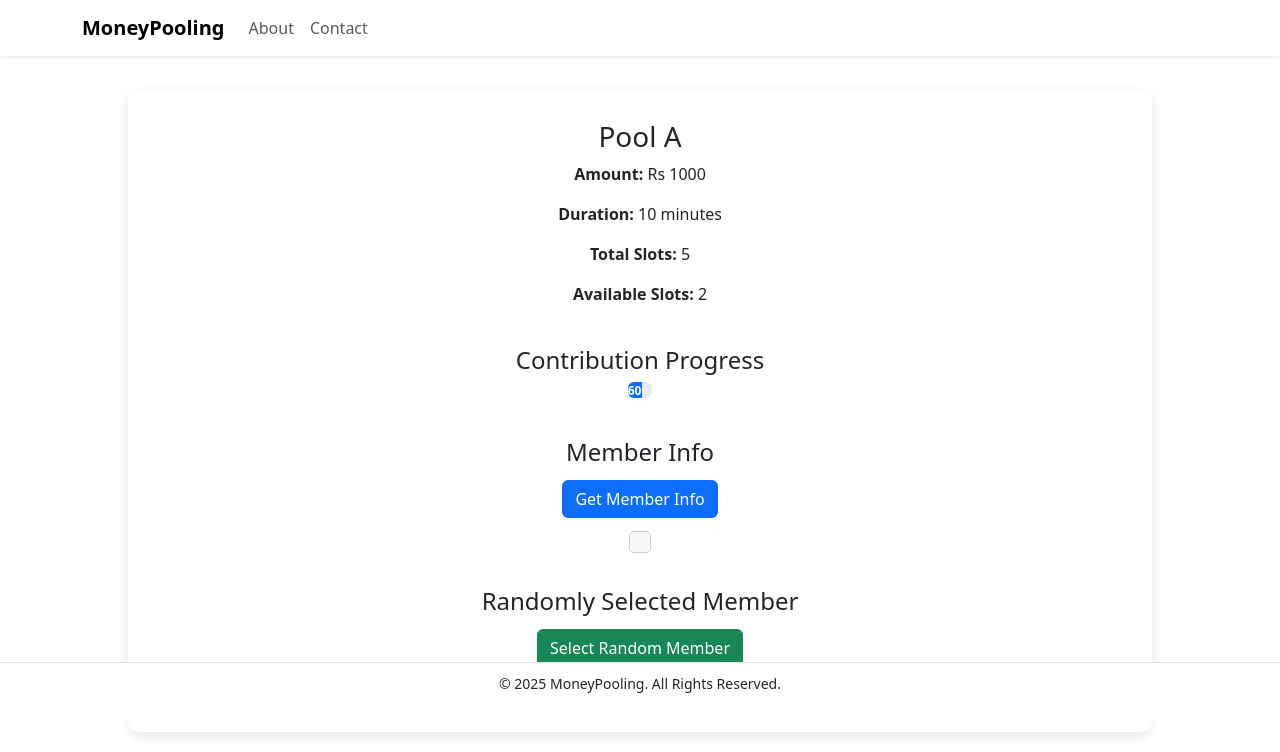
Repository: xxgautm420/MoneyPool
Page: http://localhost/progress
These files come from the project's save history. The page is drawn as it stood at one moment and after the next save; the edit follows.
The browser window is 1280 px wide. The pictures show the whole page.
The page is served by the project's application, run on Flask 3 (app.py). Other server files are loaded and not shown.

Above is the page before, as saved 2025-03-02 14:30:11.

### templates/progress.html
<!DOCTYPE html>
<html lang="en">
<head>
    <meta charset="UTF-8">
    <meta name="viewport" content="width=device-width, initial-scale=1.0">
    <title>Money Pooling</title>

    <!-- External Stylesheets -->
    <link rel="stylesheet" href="{{ url_for('static', filename='Css/progress.css') }}">
    <link href="https://cdn.jsdelivr.net/npm/bootstrap@5.3.0-alpha1/dist/css/bootstrap.min.css" rel="stylesheet">
</head>
<body>

    <!-- Navbar -->
    <nav class="navbar navbar-expand-lg navbar-light bg-white fixed-top shadow-sm">
        <div class="container">
            <a class="navbar-brand fw-bold" href="#">MoneyPooling</a>
            <div class="collapse navbar-collapse">
                <ul class="navbar-nav me-auto mb-2 mb-lg-0">
                    <li class="nav-item">
                        <a class="nav-link" href="#" id="aboutLink">About</a>
                    </li>
                    <li class="nav-item">
                        <a class="nav-link" href="#" id="contactLink">Contact</a>
                    </li>
                </ul>
            </div>
        </div>
    </nav>

    <div id="aboutFormContainer" class="about-container" style="display: none;">
        <div class="about-box">
            <section>
                <h1>About This Project</h1>
                <p>In today's digital age, web applications play a pivotal role in streamlining various processes and enhancing user experiences. This project focuses on developing a web application designed to facilitate a unique and engaging process where members join a slot, contribute a specified amount, and a randomly selected member benefits until all members have been selected. The application aims to provide a seamless and user-friendly experience, ensuring secure login, easy slot selection, and transparent tracking of contributions.</p>
                <p>The project is motivated by the need to create an efficient and reliable system that can manage member contributions and random selections in a fair and transparent manner. By leveraging modern web technologies, the application aims to enhance user engagement and foster a sense of community among members. This document outlines the functional requirements, user interaction flow, technical specifications, and expected outcomes of the project.</p>
                <button id="closeAbout" class="close-button">x</button>
            </section>
        </div>
    </div>

    <div id="contactFormContainer" class="contact-container" style="display: none;">
        <div class="contact-box">
            <section>
                <h1>Contact</h1>
                <form>
                    <label for="name">Name:</label><br>
                    <input type="text" id="name" name="name" placeholder="Your Name"><br><br>
                    <label for="email">Email:</label><br>
                    <input type="email" id="email" name="email" placeholder="Your Email"><br><br>
                    <label for="number">Number:</label><br>
                    <input type="tel" id="number" name="number" placeholder="Your Phone Number"><br><br>
                </form>
                <p><strong>Address:</strong> Your Address Here</p>
                <p><strong>Contact Number:</strong> Your Contact Number Here</p>
                <button id="closeContact" class="close-button">x</button>
            </section>
        </div>
    </div>

    <!-- Main Content -->
    <div class="main-container">
        <h3 id="poolName">Pool A</h3>
        <p><strong>Amount:</strong> Rs <span id="poolAmount">1000</span></p>
        <p><strong>Duration:</strong> 10 minutes</p>
        <p><strong>Total Slots:</strong> 5</p>
        <p><strong>Available Slots:</strong> <span id="availableSlots">2</span></p>

        <!-- Contribution Progress -->
        <h4 class="mt-4">Contribution Progress</h4>
        <div class="progress mb-3">
            <div id="progressBar" class="progress-bar" role="progressbar" style="width: 60%">60%</div>
        </div>

        <!-- Member Info Section -->
        <h4 class="mt-4">Member Info</h4>
        <button id="memberInfoButton" class="btn btn-primary" onclick="fetchUsername(1)">Get Member Info</button>
        <div id="usernamePlaceholder" class="username-placeholder mt-2"></div> <!-- Placeholder for username -->

        <!-- Randomly Selected Member Section -->
        <h4 class="mt-4">Randomly Selected Member</h4>
        <button id="randomSelectButton" class="btn btn-success">Select Random Member</button>
        <div id="selectedMemberPlaceholder" class="selected-member-placeholder mt-2"></div> <!-- Placeholder for selected username -->
        <div id="actionButtonContainer"></div>
    </div>



    <!-- Footer -->
    <footer class="footer">
        <p>&copy; 2025 MoneyPooling. All Rights Reserved.</p>
    </footer>

    <!-- External JavaScript -->
    <script src="{{ url_for('static', filename='Script/progress.js') }}"></script>
</body>
</html>

### app.py
from flask import Flask, render_template , jsonify
from user import User, db
from config import Config
from auth import auth_bp

app = Flask(__name__)
app.config.from_object(Config)
db.init_app(app)

app.register_blueprint(auth_bp)

@app.route('/')
def home():
    return render_template('index.html')

@app.route('/progress')
def progress():
    return render_template('progress.html')

@app.route('/api/users/top5', methods=['GET'])
def get_top5_users():
    users = User.query.limit(5).all()
    return jsonify([user.username for user in users])

if __name__ == '__main__':
    app.run(debug=True)

### static/Css/progress.css
/* General Page Styling */
body {
    font-family: Arial, sans-serif;
    text-align: center;
    margin: 0;
    background-color: white;
    padding-top: 70px; /* Space for fixed navbar */
    display: flex;
    flex-direction: column;
    min-height: 100vh; /* Ensure the body takes at least the full height of the viewport */
    align-items: center; /* Center items horizontally */
}

/* Navbar */
.navbar {
    box-shadow: 0px 2px 5px rgba(0, 0, 0, 0.1);
    width: 100%; /* Ensure the navbar spans the full width */
}

/* Footer */
footer {
    width: 100%;
    background-color: white;
    text-align: center;
    padding: 10px;
    font-size: 14px;
    border-top: 1px solid #dee2e6;
    position: fixed; /* Ensure footer stays at the bottom */
    bottom: 0;
    left: 0;
    right: 0;
}

/* About Form Container */
.about-container {
    position: fixed;
    top: 50%;
    left: 50%;
    transform: translate(-50%, -50%);
    width: 80%;
    max-width: 600px;
    background-color: white;
    border-radius: 10px;
    box-shadow: 0 4px 8px rgba(0, 0, 0, 0.1);
    overflow: hidden; /* Remove vertical scrolling */
    padding: 20px;
}

.about-box {
    padding: 20px;
}

.about-container h1 {
    margin-top: 0;
}

.about-container p {
    line-height: 1.6;
}

.close-button {
    position: absolute;
    top: 10px;
    right: 10px;
    background-color: #f44336;
    color: white;
    border: none;
    border-radius: 50%;
    width: 30px;
    height: 30px;
    cursor: pointer;
    font-size: 16px;
}

.close-button:hover {
    background-color: #d32f2f;
}

/* Contact Form Container */
.contact-container {
    position: fixed;
    top: 50%;
    left: 50%;
    transform: translate(-50%, -50%);
    width: 80%;
    max-width: 600px;
    background-color: white;
    border-radius: 10px;
    box-shadow: 0 4px 8px rgba(0, 0, 0, 0.1);
    overflow: hidden; /* Remove vertical scrolling */
    padding: 20px;
}

.contact-container h1 {
    margin-top: 0;
}

.contact-container form {
    margin-top: 20px;
}

.contact-container input,
.contact-container textarea {
    width: 100%;
    padding: 10px;
    margin-top: 5px;
    margin-bottom: 10px;
    border-radius: 5px;
    border: 1px solid #ccc;
}

.contact-container p {
    line-height: 1.6;
    margin-top: 10px;
}

/* Main Container */
.main-container {
    width: 80%;
    max-width: 1200px; /* Increase max-width to fit more content */
    margin: 20px auto;
    padding: 30px;
    background-color: #fff;
    border-radius: 10px;
    box-shadow: 0 4px 12px rgba(0, 0, 0, 0.1);
    flex: 1; /* Allow the container to grow and take available space */
    overflow: hidden; /* Remove vertical scrolling */
    display: flex;
    flex-direction: column; /* Stack the elements vertically */
    align-items: center; /* Center items horizontally */
    justify-content: center; /* Center items vertically within the container */
}

/* Member Section */
.member-section {
    display: flex;
    align-items: center; /* Align items vertically centered within the container */
    justify-content: center; /* Align items horizontally centered within the container */
    margin-top: 20px;
}

.card {
    padding: 20px;
    border: 1px solid #dee2e6;
    border-radius: 10px;
    background-color: #ffffff;
    box-shadow: 0 4px 8px rgba(0, 0, 0, 0.1);
    margin-bottom: 20px; /* Add spacing between cards */
}

.card h3, .card h4 {
    margin-bottom: 15px;
}

.progress {
    height: 25px;
}

.progress-bar {
    background-color: #28a745; /* Green background for progress bar */
    color: white;
    font-weight: bold;
    line-height: 25px; /* Vertically center the text within the progress bar */
}

.list-group-item {
    padding: 10px;
    border: 1px solid #dee2e6;
    margin-bottom: 5px;
}

.btn {
    margin: 5px;
    padding: 10px 20px;
    font-size: 16px;
    border-radius: 5px;
    border: none;
}

.btn-success {
    background-color: #28a745;
    color: white;
}

.btn-success:hover {
    background-color: #218838;
}

.mt-4 {
    margin-top: 1.5rem;
}

.mt-5 {
    margin-top: 3rem;
}

.mb-3 {
    margin-bottom: 1rem;
}

.mb-4 {
    margin-bottom: 1.5rem;
}

.text-center {
    text-align: center;
}

.username-placeholder {
    padding: 10px;
    border: 1px solid #ccc;
    border-radius: 5px;
    background-color: #f9f9f9;
    max-width: 400px;
    margin: 10px 0;
}

.username-item {
    padding: 5px;
    border-bottom: 1px solid #ddd;
    font-family: Arial, sans-serif;
    font-size: 14px;
}

.username-item:last-child {
    border-bottom: none;
}

.selected-member-placeholder {
    display: inline-block;
    margin-left: 10px; /* Adjust the space between the button and the placeholder */
    padding: 10px;
    border: 1px solid #ccc;
    background-color: #f9f9f9;
    width: 200px; /* Adjust the width as needed */
    vertical-align: middle; /* Aligns vertically with the button */
}

### static/Script/progress.js
document.addEventListener("DOMContentLoaded", () => {
    const memberInfoButton = document.getElementById("memberInfoButton");
    const usernamePlaceholder = document.getElementById("usernamePlaceholder");
    const randomSelectButton = document.getElementById("randomSelectButton");
    const selectedMemberPlaceholder = document.getElementById("selectedMemberPlaceholder");
    const actionButtonContainer = document.getElementById("actionButtonContainer");

    let usernames = [];
    let selectedUsernames = new Set();

    // Assume this is the logged-in user's username
    const loggedInUsername = 'user5'; // Replace with dynamic username if available

    // Fetch and display top 5 users
    memberInfoButton.addEventListener("click", () => {
        fetch('/api/users/top5')
            .then(response => response.json())
            .then(data => {
                usernames = data;
                usernamePlaceholder.innerHTML = usernames
                    .map(user => `<div class="username-item">${user}</div>`)
                    .join('');
            })
            .catch(error => {
                console.error('Error fetching user data:', error);
                usernamePlaceholder.innerHTML = 'An error occurred';
            });
    });

    // Randomly select and display a member
    randomSelectButton.addEventListener("click", () => {
        if (selectedUsernames.size >= usernames.length) {
            selectedMemberPlaceholder.innerHTML = 'All members have been selected.';
            actionButtonContainer.innerHTML = ''; // Clear action buttons
            return;
        }

        let remainingUsers = usernames.filter(user => !selectedUsernames.has(user));
        let randomIndex = Math.floor(Math.random() * remainingUsers.length);
        let selectedUser = remainingUsers[randomIndex];

        selectedUsernames.add(selectedUser);

        selectedMemberPlaceholder.innerHTML = `Selected Member: ${selectedUser}`;

        // Update action buttons based on selected user
        updateActionButtons(selectedUser);

        // Continue selecting after 5 seconds
        setTimeout(() => {
            randomSelectButton.click();
        }, 5000);
    });

    // Function to update action buttons
    function updateActionButtons(selectedUser) {
        actionButtonContainer.innerHTML = ''; // Clear previous buttons

        let button = document.createElement('button');
        button.className = 'btn';

        if (selectedUser === loggedInUsername) {
            // If the selected user is the logged-in user, show "Withdraw" button
            button.textContent = 'Withdraw';
            button.classList.add('btn-warning');
            button.addEventListener('click', () => {
                // Implement withdraw functionality here
                alert('Withdraw action triggered.');
            });
        } else {
            // If the selected user is someone else, show "Pay" button
            button.textContent = 'Pay';
            button.classList.add('btn-success');
            button.addEventListener('click', () => {
                // Implement pay functionality here
                alert('Pay action triggered.');
            });
        }

        actionButtonContainer.appendChild(button);
    }
});



//about form
document.addEventListener("DOMContentLoaded", function() {
    const aboutLink = document.getElementById("aboutLink");
    const aboutFormContainer = document.getElementById("aboutFormContainer");
    const closeAboutForm = document.getElementById("closeAbout");


    aboutLink.addEventListener("click", function(event) {
        event.preventDefault();
        aboutFormContainer.style.display = "block";
    });

    closeAboutForm.addEventListener("click", () => {
        aboutFormContainer.style.display = "none";
    });


});

//contact form
document.addEventListener("DOMContentLoaded", function() {
    const contactLink = document.getElementById("contactLink");
    const contactFormContainer = document.getElementById("contactFormContainer");
    const closeContactForm = document.getElementById("closeContact");


    contactLink.addEventListener("click", function(event) {
        event.preventDefault();
        contactFormContainer.style.display = "block";
    });

    closeContactForm.addEventListener("click", () => {
        contactFormContainer.style.display = "none";
    });


});

After the next save:
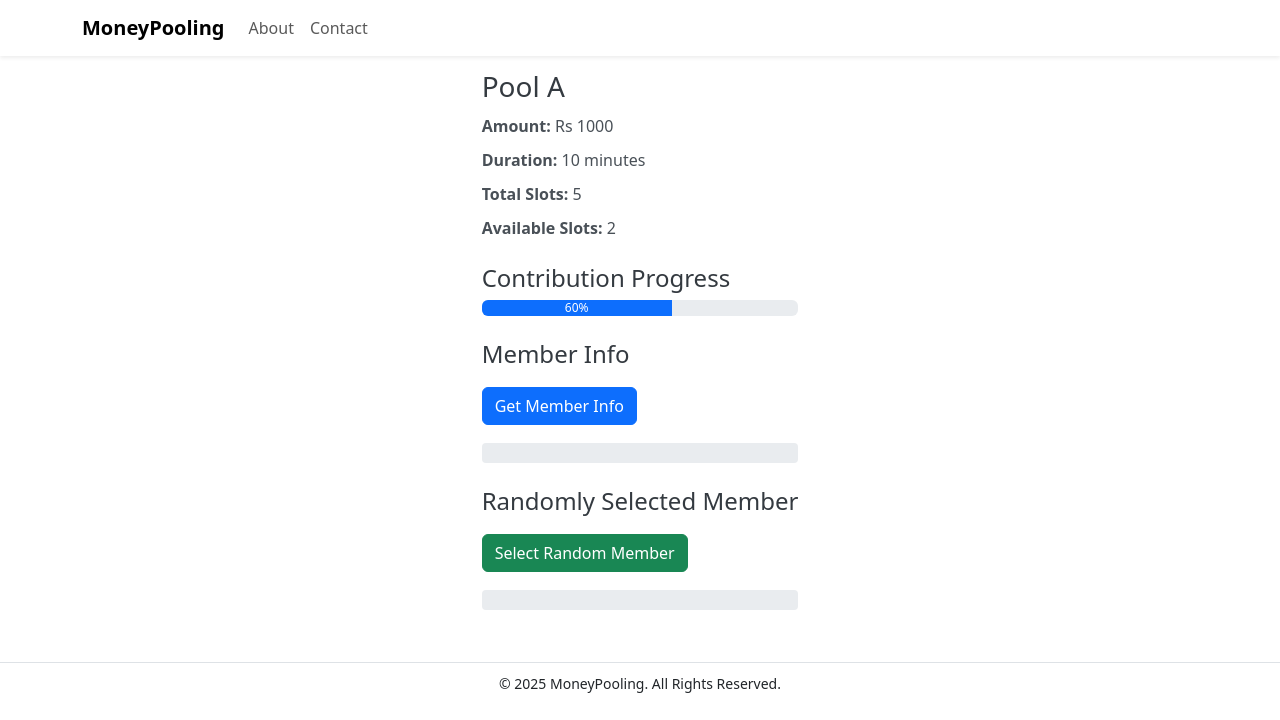
Saved 4 min 0 s later.
--- a/static/Css/progress.css
+++ b/static/Css/progress.css
@@ -114,124 +114,84 @@ footer {
     margin-top: 10px;
 }
 
-/* Main Container */
+//* Main container styling */
 .main-container {
     width: 80%;
-    max-width: 1200px; /* Increase max-width to fit more content */
-    margin: 20px auto;
-    padding: 30px;
-    background-color: #fff;
-    border-radius: 10px;
-    box-shadow: 0 4px 12px rgba(0, 0, 0, 0.1);
-    flex: 1; /* Allow the container to grow and take available space */
-    overflow: hidden; /* Remove vertical scrolling */
-    display: flex;
-    flex-direction: column; /* Stack the elements vertically */
-    align-items: center; /* Center items horizontally */
-    justify-content: center; /* Center items vertically within the container */
+    margin: 0 auto;
+    padding: 20px;
+    background-color: #f8f9fa;
+    border-radius: 8px;
+    box-shadow: 0 4px 8px rgba(0, 0, 0, 0.1);
+    font-family: Arial, sans-serif;
 }
 
-/* Member Section */
-.member-section {
-    display: flex;
-    align-items: center; /* Align items vertically centered within the container */
-    justify-content: center; /* Align items horizontally centered within the container */
-    margin-top: 20px;
+/* Headings */
+.main-container h3,
+.main-container h4 {
+    color: #343a40;
 }
 
-.card {
-    padding: 20px;
-    border: 1px solid #dee2e6;
-    border-radius: 10px;
-    background-color: #ffffff;
-    box-shadow: 0 4px 8px rgba(0, 0, 0, 0.1);
-    margin-bottom: 20px; /* Add spacing between cards */
+/* Paragraphs and labels */
+.main-container p {
+    margin: 10px 0;
+    color: #495057;
 }
 
-.card h3, .card h4 {
-    margin-bottom: 15px;
+/* Buttons */
+.btn {
+    display: inline-block;
+    margin: 10px 0;
+    padding: 10px 20px;
+    border: none;
+    border-radius: 4px;
+    text-align: center;
+    cursor: pointer;
+    font-size: 16px;
+    transition: background-color 0.3s;
 }
 
-.progress {
-    height: 25px;
+.btn-primary {
+    background-color: #007bff;
+    color: #fff;
 }
 
-.progress-bar {
-    background-color: #28a745; /* Green background for progress bar */
-    color: white;
-    font-weight: bold;
-    line-height: 25px; /* Vertically center the text within the progress bar */
-}
-
-.list-group-item {
-    padding: 10px;
-    border: 1px solid #dee2e6;
-    margin-bottom: 5px;
-}
-
-.btn {
-    margin: 5px;
-    padding: 10px 20px;
-    font-size: 16px;
-    border-radius: 5px;
-    border: none;
+.btn-primary:hover {
+    background-color: #0056b3;
 }
 
 .btn-success {
     background-color: #28a745;
-    color: white;
+    color: #fff;
 }
 
 .btn-success:hover {
     background-color: #218838;
 }
 
-.mt-4 {
-    margin-top: 1.5rem;
+/* Progress bar */
+.progress {
+    height: 24px;
+    background-color: #e9ecef;
+    border-radius: 12px;
+    overflow: hidden;
 }
 
-.mt-5 {
-    margin-top: 3rem;
+.progress-bar {
+    height: 100%;
+    background-color: #28a745;
+    transition: width 0.6s ease;
 }
 
-.mb-3 {
-    margin-bottom: 1rem;
+/* Placeholders */
+.username-placeholder,
+.selected-member-placeholder {
+    padding: 10px;
+    background-color: #e9ecef;
+    border-radius: 4px;
+    margin-top: 10px;
+    color: #495057;
 }
 
-.mb-4 {
-    margin-bottom: 1.5rem;
+#actionButtonContainer {
+    margin-top: 20px;
 }
-
-.text-center {
-    text-align: center;
-}
-
-.username-placeholder {
-    padding: 10px;
-    border: 1px solid #ccc;
-    border-radius: 5px;
-    background-color: #f9f9f9;
-    max-width: 400px;
-    margin: 10px 0;
-}
-
-.username-item {
-    padding: 5px;
-    border-bottom: 1px solid #ddd;
-    font-family: Arial, sans-serif;
-    font-size: 14px;
-}
-
-.username-item:last-child {
-    border-bottom: none;
-}
-
-.selected-member-placeholder {
-    display: inline-block;
-    margin-left: 10px; /* Adjust the space between the button and the placeholder */
-    padding: 10px;
-    border: 1px solid #ccc;
-    background-color: #f9f9f9;
-    width: 200px; /* Adjust the width as needed */
-    vertical-align: middle; /* Aligns vertically with the button */
-}
